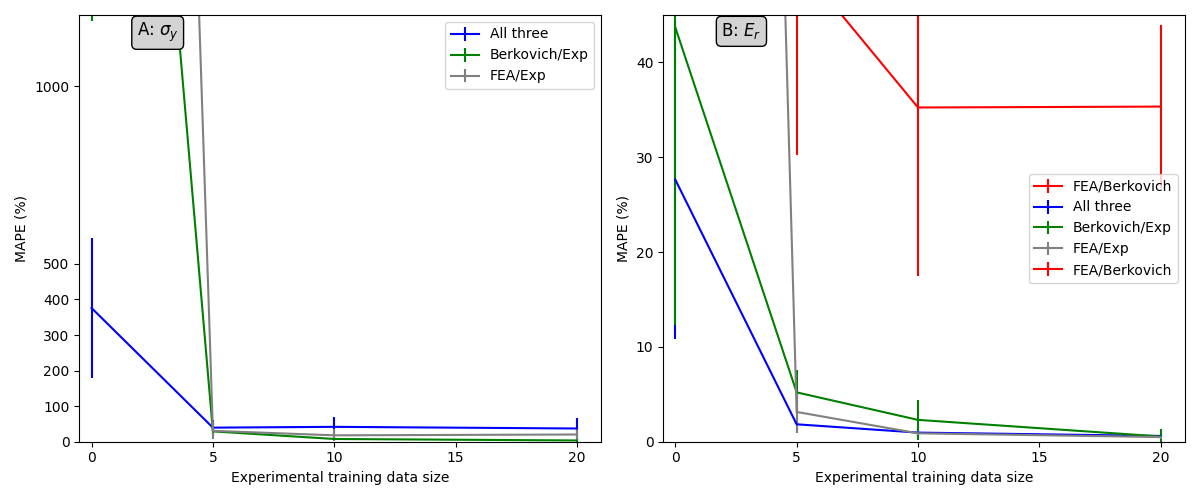
Repository: JoeSpencer1/NN_TiAlTa
Script's output: python src/figures.py
These files come from the project's save history. The script's output is drawn as it stood at one moment and after the next save; the edit follows.
Random numbers start from a fixed seed.

Above is the script's output before, as saved 2024-01-16 14:37:13.

After the next save:
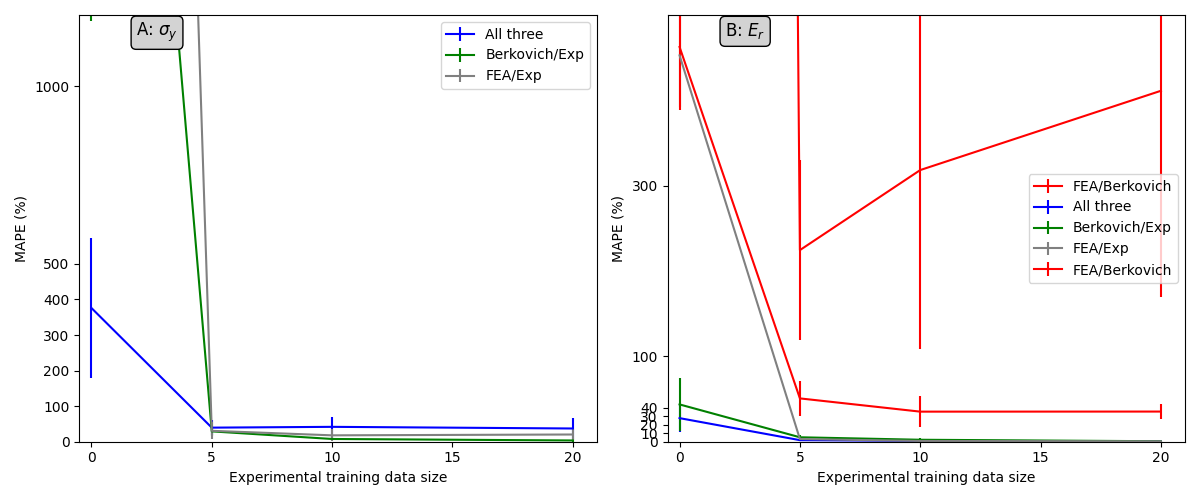
Saved 43 s later.
--- a/src/figures.py
+++ b/src/figures.py
@@ -295,11 +295,11 @@ ax2.errorbar(n, BerExpE, yerr = εBerExpE, color = 'green', label = "Berkovich/E
 ax2.errorbar(n, FEAExpE, yerr = εFEAExpE, color = 'grey', label = "FEA/Exp")
 ax2.errorbar(n, FEABerE, yerr = εFEABerE, color = 'red', label = "FEA/Berkovich")
 ax2.set_yscale('linear')
-ax2.set_ylim([0, 45])
+ax2.set_ylim([0, 500])
 ax2.set_xlim([-0.5, 21])
 ax2.set_xticks([0, 5, 10, 15, 20])
-ax2.set_yticks([0, 10, 20, 30, 40])
-ax2.set_yticklabels([0, 10, 20, 30, 40])
+ax2.set_yticks([0, 10, 20, 30, 40, 100, 300])
+ax2.set_yticklabels([0, 10, 20, 30, 40, 100, 300])
 ax2.legend()
 ax2.set_ylabel("MAPE (%)")
 ax2.set_xlabel("Experimental training data size")
